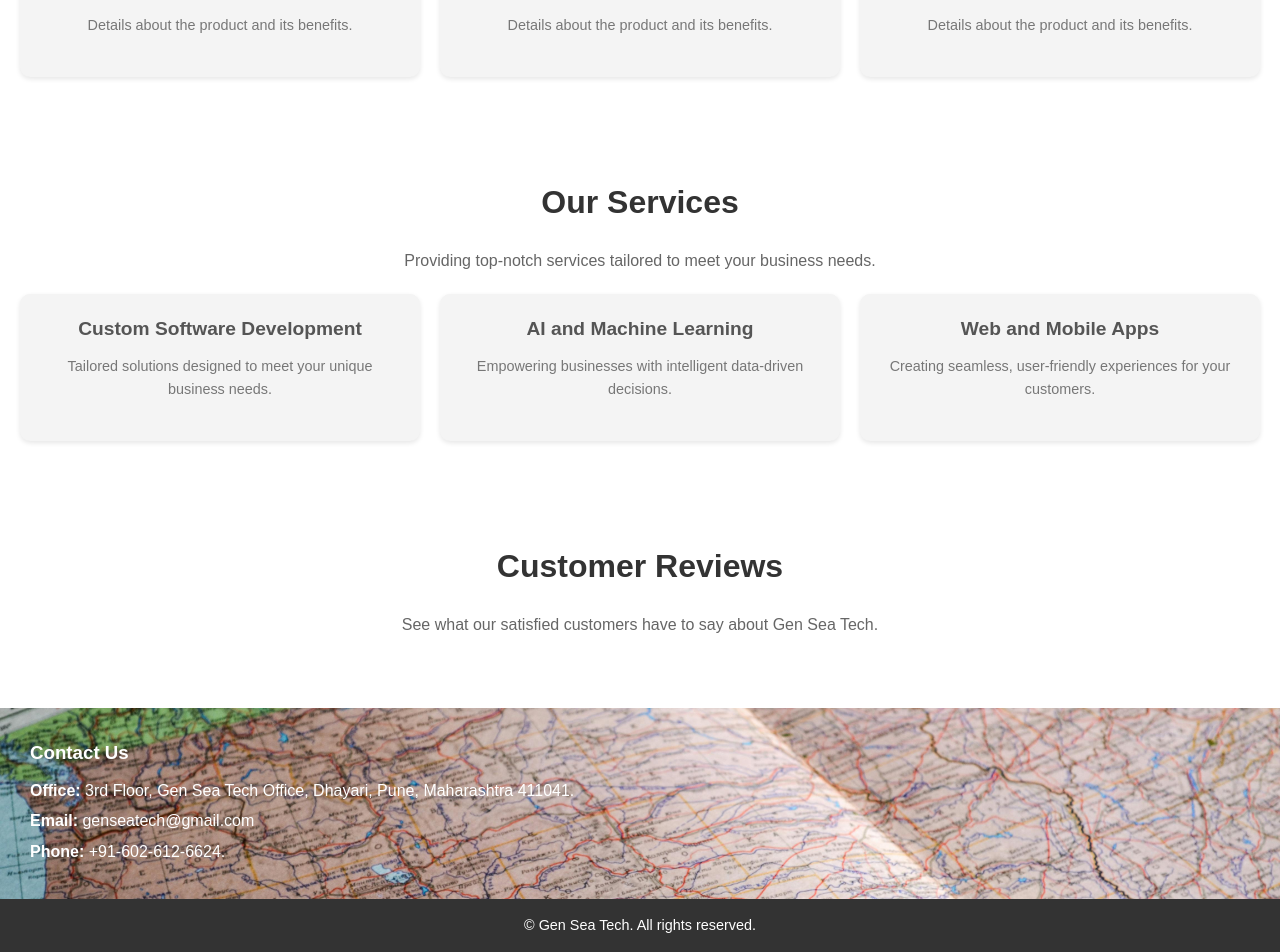
Repository: aniketkhatawkar/Gen_Sea_Tech
Page: http://localhost/GenSeaTech/
An editor plug-in stored every save of this project. The page is shown before and after the next save, followed by the edit.
The browser window is 1280 px wide. The pictures show the part of the page from y = 1418 to 2370 px (the page is 2370 px tall).
The page is served by Tomcat 10. Other server files are loaded and not shown.

Above is the page before, as saved 2024-12-16 08:09:46.

### GenSeaTech/src/main/webapp/home.jsp
<!DOCTYPE html>
<html>
<head>
<meta charset="UTF-8">
<meta name="viewport" content="width=device-width, initial-scale=1.0">
<title>Gen Sea Tech</title>
<link rel="icon" href="assets/logo.png" type="image/png" >

<style>
	* {
		margin: 0;
		padding: 0;
		box-sizing: border-box;
		font-family: Arial, sans-serif;
	}

	body {
		line-height: 1.6;
	}

	header p {
        font-size: 1.2rem;
        margin-bottom: 20px;
    }

	.hero {
		height: 90vh;
		background: url('assets/hero-bg.jpg') no-repeat center center/cover;
		color: white;
		display: flex;
		align-items: center;
		justify-content: center;
		text-align: center;
		padding: 20px;
	}

	.hero h1 {
		font-size: 3rem;
	}

	.hero p {
		margin-top: 10px;
		font-size: 1.2rem;
	}

	.section {
		padding: 50px 20px;
		text-align: center;
	}

	.section h2 {
		font-size: 2rem;
		margin-bottom: 20px;
		color: #333;
	}

	.section p {
		margin-bottom: 20px;
		font-size: 1rem;
		color: #666;
	}

	.cards {
		display: grid;
		grid-template-columns: repeat(auto-fit, minmax(300px, 1fr));
		gap: 20px;
		margin-top: 20px;
	}

	.card {
		background: #f4f4f4;
		padding: 20px;
		border-radius: 10px;
		box-shadow: 0 2px 5px rgba(0, 0, 0, 0.1);
	}

	.card h3 {
		margin-bottom: 10px;
		font-size: 1.2rem;
		color: #555;
	}

	.card p {
		font-size: 0.9rem;
		color: #777;
	}

	.contact {
		background: #00bcd4;
		color: #fff;
		padding: 50px 20px;
	}

	.contact h2 {
		margin-bottom: 20px;
	}

	.contact form {
		max-width: 600px;
		margin: 0 auto;
	}

	.contact input, .contact textarea {
		width: 100%;
		padding: 10px;
		margin-bottom: 10px;
		border: none;
		border-radius: 5px;
	}

	.contact button {
		padding: 10px 20px;
		border: none;
		background: #008c9e;
		color: white;
		cursor: pointer;
		border-radius: 5px;
	}

	.contact button:hover {
		background: #006b76;
	}

	.address {
		background:  url("assets/contactus.jpg") no-repeat center center;
	    background-size: cover;
	    object-fit: cover;
		padding: 30px;
		color: #ffffff;
	}

	.address h3 {
		margin-bottom: 10px;
	}

	.address p {
		margin-bottom: 5px;
	}
</style>
</head>
<body>
	<!-- NavBar -->
	<%@ include file="navbar.jsp" %>

	<!-- Hero Section -->
	<div class="hero">
		<div>
			<h1>Welcome to Gen Sea Tech</h1>
			<p>Innovating for a better tomorrow</p>
		</div>
	</div>

	<!-- Who We Are Section -->
	<div class="section" id="about">
		<h2>Who We Are</h2>
		<p>Gen Sea Tech is a forward-thinking company dedicated to creating cutting-edge technology solutions that simplify and enhance day-to-day life.</p>
	</div>

	<!-- Mission & Vision Section -->
	<div class="section" id="mission-vision">
		<h2>Our Mission & Vision</h2>
		<p><strong>Mission:</strong> To deliver innovative, scalable, and sustainable tech solutions tailored to our clients' needs.</p>
		<p><strong>Vision:</strong> To be a global leader in technology, inspiring progress and driving change through our solutions.</p>
	</div>

	<!-- Products Section -->
	<div class="section" id="products">
		<h2>Our Products</h2>
		<p>Explore our range of innovative products designed to improve efficiency and productivity.</p>
		<div class="cards">
			<div class="card">
				<h3>Product 1</h3>
				<p>Details about the product and its benefits.</p>
			</div>
			<div class="card">
				<h3>Product 2</h3>
				<p>Details about the product and its benefits.</p>
			</div>
			<div class="card">
				<h3>Product 3</h3>
				<p>Details about the product and its benefits.</p>
			</div>
		</div>
	</div>

	<!-- Services Section -->
	<div class="section" id="services">
		<h2>Our Services</h2>
		<p>Providing top-notch services tailored to meet your business needs.</p>
		<div class="cards">
			<div class="card">
				<h3>Custom Software Development</h3>
				<p>Tailored solutions designed to meet your unique business needs.</p>
			</div>
			<div class="card">
				<h3>AI and Machine Learning</h3>
				<p>Empowering businesses with intelligent data-driven decisions.</p>
			</div>
			<div class="card">
				<h3>Web and Mobile Apps</h3>
				<p>Creating seamless, user-friendly experiences for your customers.</p>
			</div>
		</div>
	</div>

	<!-- Testimonials Section -->
	<div class="section" id="testimonials">
		<h2>Customer Reviews</h2>
		<p>See what our satisfied customers have to say about Gen Sea Tech.</p>
	</div>

	<!-- Address Section -->
	<div class="address" id="contact">
		<h3>Contact Us</h3>
		<p><strong>Office:</strong> 3rd Floor, Gen Sea Tech Office, Dhayari, Pune, Maharashtra 411041.</p>
		<p><strong>Email:</strong> genseatech@gmail.com</p>
		<p><strong>Phone:</strong> +91-602-612-6624.</p>
	</div>

	<!-- Footer -->
	<%@ include file="footer.jsp" %>
</body>
</html>

### GenSeaTech/src/main/webapp/navbar.jsp
<%@ page language="java" contentType="text/html; charset=UTF-8"
    pageEncoding="UTF-8"%>
<!DOCTYPE html>
<html>
<head>
<meta charset="UTF-8">
<title>Gen Sea Tech</title>
<link rel="icon" href="assets/logo.png" type="image/png" >
<style>
* {
	margin: 0;
	padding: 0;
	box-sizing: border-box;
	font-family: Arial, sans-serif;
}

body {
	line-height: 1.6;
}
.navbar {
	background-color: #ffffff;
	color: #fff;
	padding: 5px 5px;
	display: flex;
	justify-content: space-between;
	align-items: center;
	position: relative;
}

.navbar a {
	color: #40c4ff;
	text-decoration: none;
	margin: 0 20px;
	font-weight: bold;
}

.navbar a:hover {
	color: #757575;
}

.links {
	display: flex;
}
@media (max-width: 768px) {
	.links {
		display: none;
		flex-direction: column;
		background-color: #333;
		position: absolute;
		top: 50px;
		right: 10px;
		width: 200px;
		border-radius: 5px;
		box-shadow: 0px 4px 6px rgba(0, 0, 0, 0.1);
	}

	.links a {
		margin: 10px 0;
		text-align: center;
	}

	.hamburger {
		display: flex;
	}

	.links.active {
		display: flex;
	}
}
</style>
</head>
<body>
	<div class="navbar">
		<div class="logo">
        <a href="home.jsp"><img src="assets/namelogo.png" alt="Gen Sea Tech Logo" style="height: 60px; margin-right: 10px;"></a>
    	</div>
		<div class="links">
			<a href="home.jsp">Home</a>
			<a href="services.jsp">Services</a>
			<a href="products.jsp">Products</a>
			<a href="connectus.jsp">Connect Us</a>
			<a href="about.jsp">About</a>
			<a href="#support.jsp">Support</a>
		</div>
	</div>
</body>
</html>

### GenSeaTech/src/main/webapp/footer.jsp
<%@ page language="java" contentType="text/html; charset=UTF-8"
    pageEncoding="UTF-8"%>
<!DOCTYPE html>
<html>

<head>

<style>
	footer {
        background-color: #333;
        color: white;
        text-align: center;
        padding: 15px;
        margin-top: 0px;
    }

    footer p {
        font-size: 0.9rem;
    }
</style>

	<meta charset="UTF-8">
	<title>Footer</title>
</head>

<body>
	<footer>
        <p>&copy; Gen Sea Tech. All rights reserved.</p>
    </footer>
</body>

</html>

After the next save:
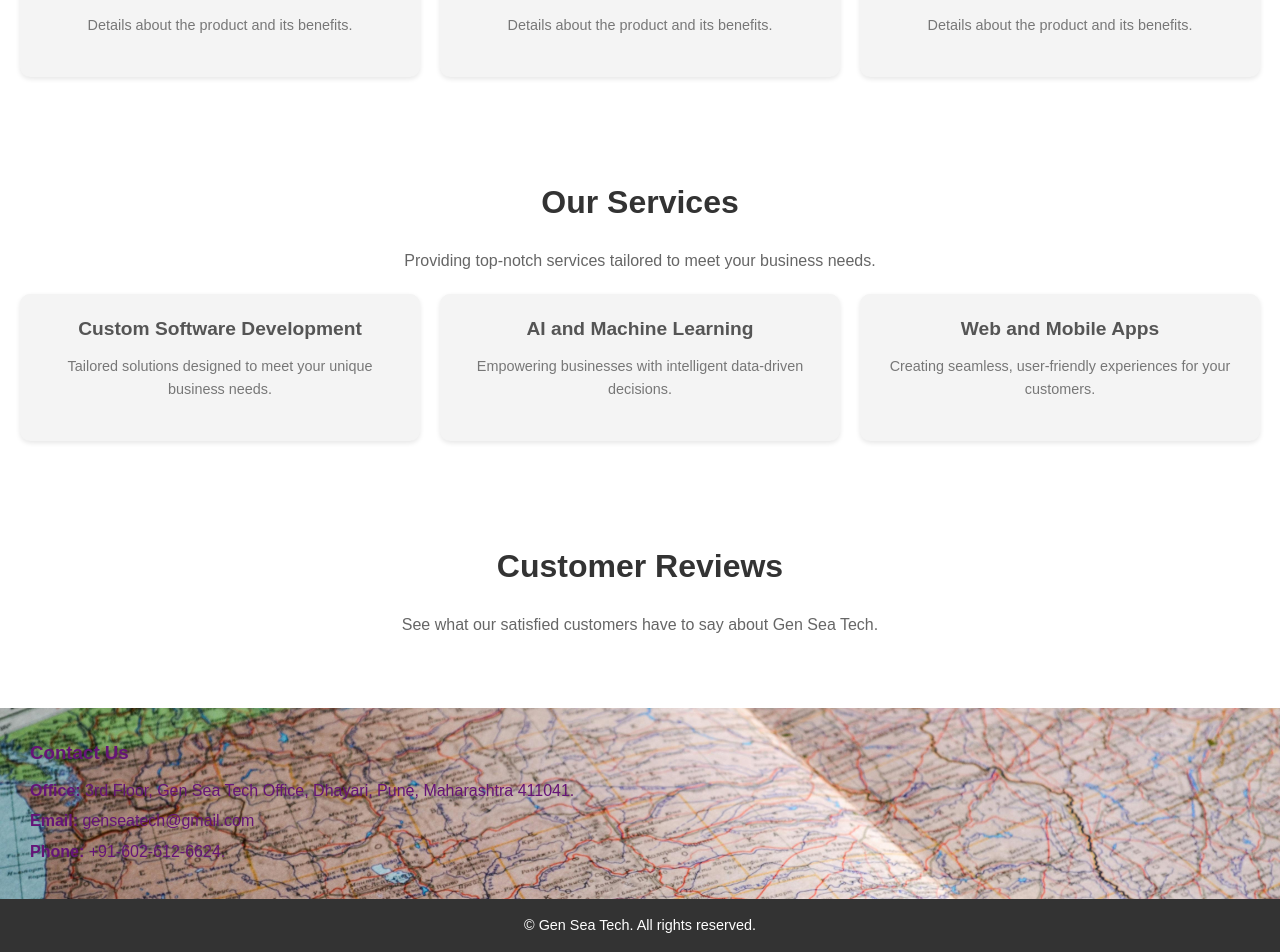
Saved 28 s later.
--- a/GenSeaTech/src/main/webapp/home.jsp
+++ b/GenSeaTech/src/main/webapp/home.jsp
@@ -126,7 +126,7 @@
 	    background-size: cover;
 	    object-fit: cover;
 		padding: 30px;
-		color: #ffffff;
+		color: #651478;
 	}
 
 	.address h3 {
